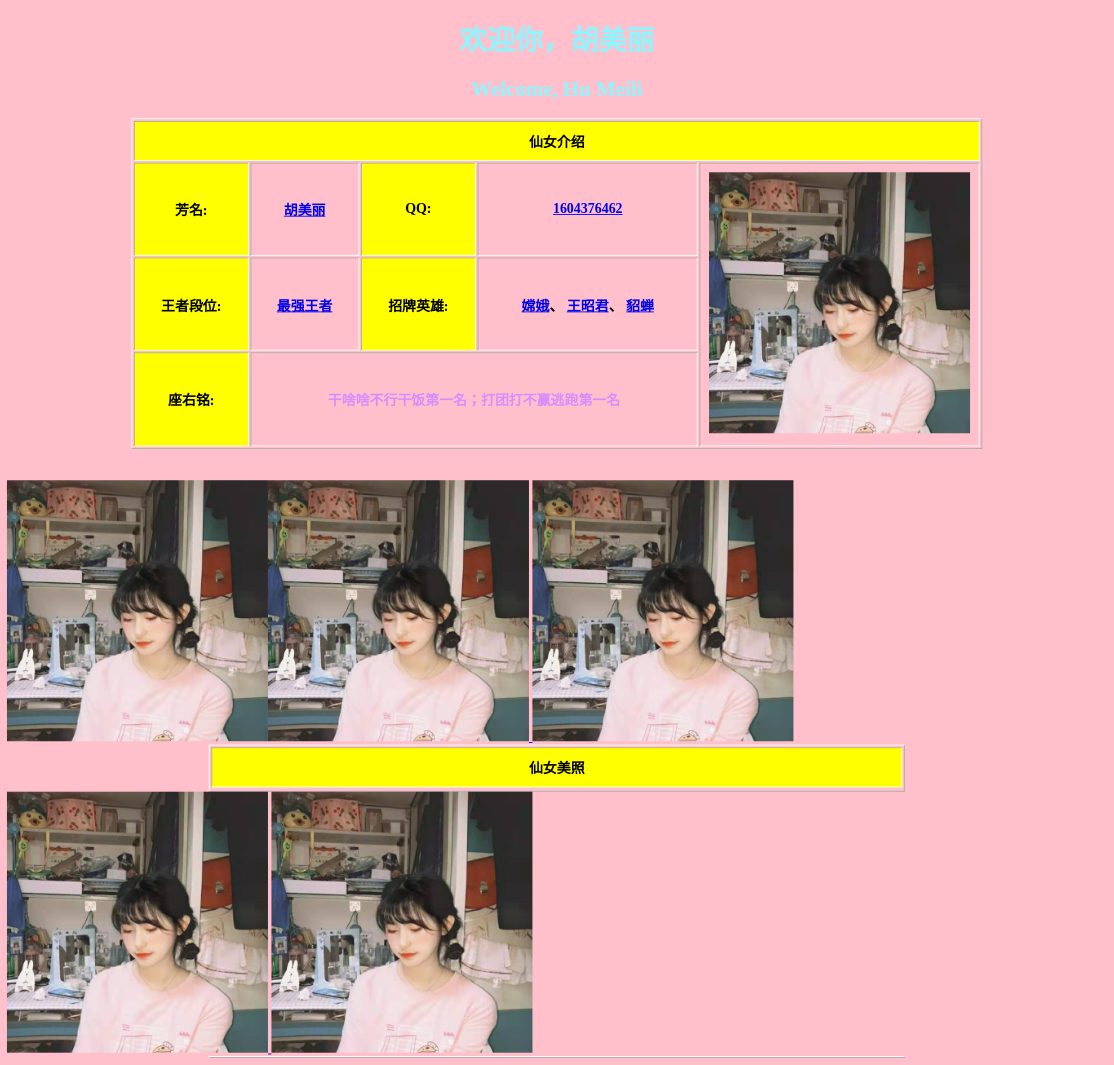
Repository: NanmeiYC/NanmeiYC.github.io
Page: ceshi2.html
These files come from the project's save history. The page is drawn as it stood at one moment and after a run of saves; the edit follows.
The browser window is 1280 px wide. The pictures show the whole page, at 87% of full size.
Pictures or frames that could not be fetched are drawn as grey boxes.

Above is the page before, as saved 2021-05-29 03:08:10.

After the next 3 saves:
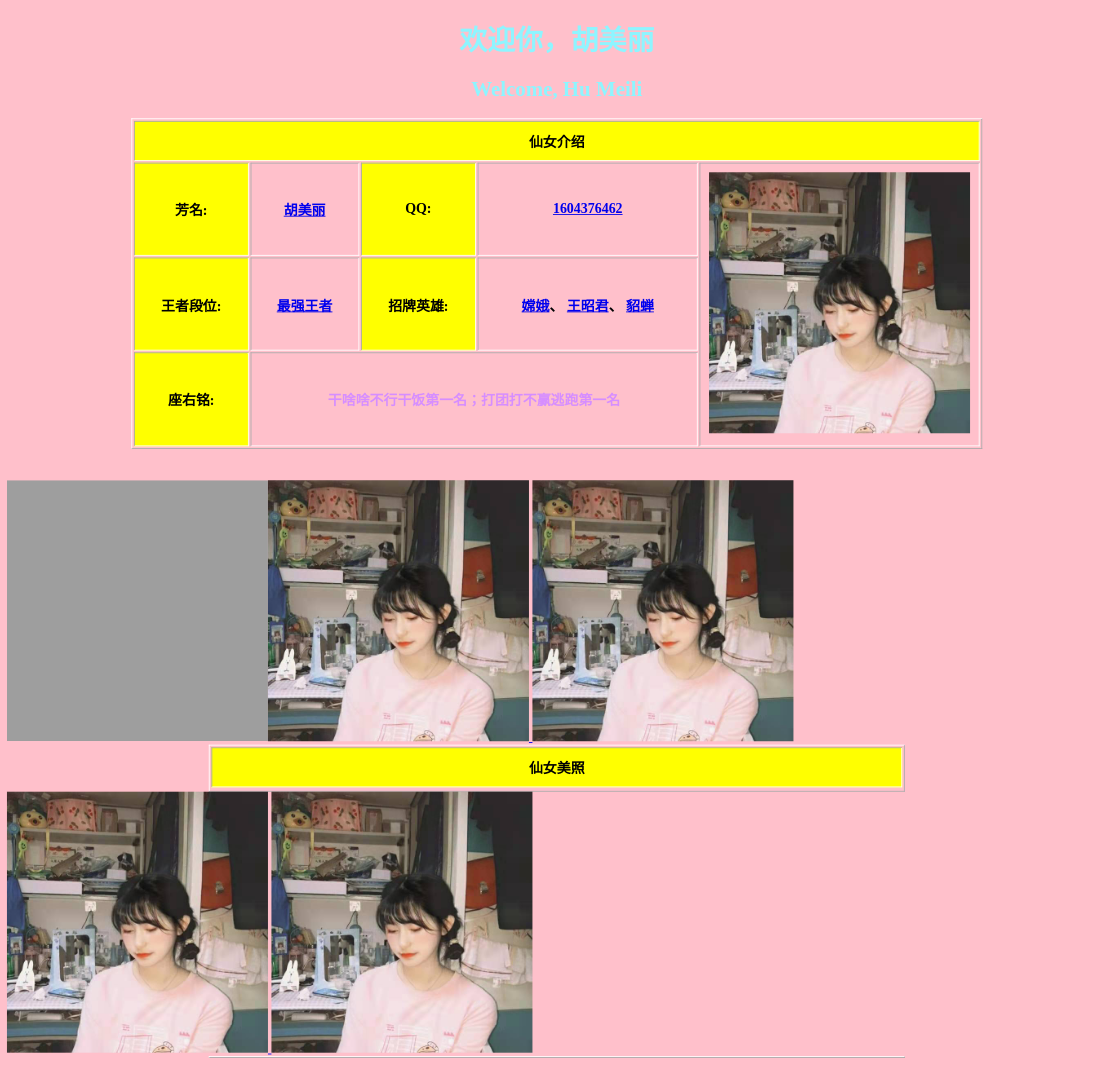
The 3 saves are shown as one change because they came seconds apart.
The last was saved 26 s later.
--- a/ceshi2.html
+++ b/ceshi2.html
@@ -42,7 +42,7 @@
             <th colspan="9" bgcolor="yellow">仙女美照</th>
         </tr>
         <tr align="center">
-            <th1 rowspan="3" width="100" <p><a href="humeili.html"><img border="0" src="images\胡美丽主.jpg" width="300px" height="300px"></th1>
+            <th1 rowspan="3" width="100" <p><a href="humeili.html"><img border="0" src="images\胡" width="300px" height="300px"></th1>
             <th2 rowspan="3" width="100" <p><a href="humeili.html"><img border="0" src="images\胡美丽主.jpg" width="300px" height="300px"></th2>
             <th3 rowspan="3" width="100" <p><a href="humeili.html"><img border="0" src="images\胡美丽主.jpg" width="300px" height="300px"></th3>
         </tr>
